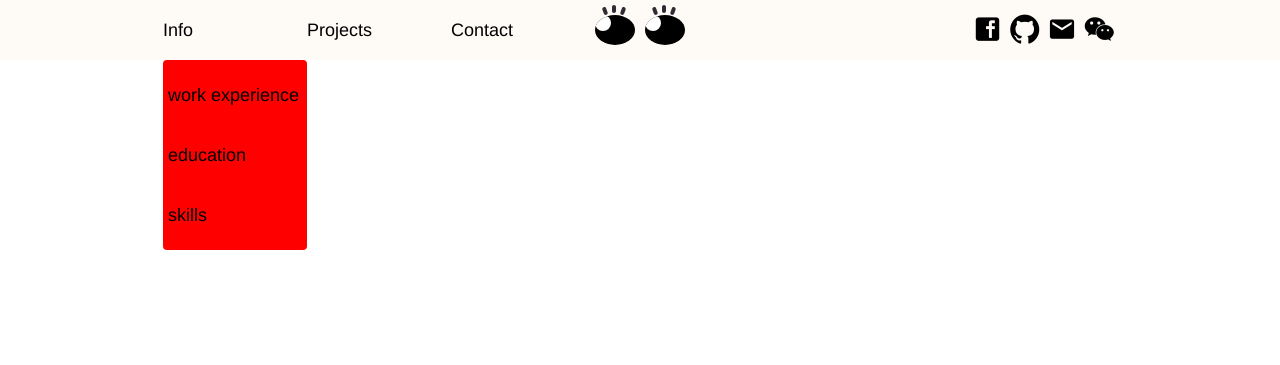
Repository: jinghuai8092/personal_website
Page: /
These files come from the project's save history. The page is drawn as it stood at one moment and after the next save; the edit follows.
The browser window is 1280 px wide. The pictures show the whole page.
The project was rebuilt for these pictures with package versions that can differ from the ones it lists, and the page was loaded fresh each time.

Above is the page before, as saved 2021-09-09 22:32:06.

### src/index.js
import React from 'react';
import ReactDOM from 'react-dom';
import App from './App';
import reportWebVitals from './reportWebVitals';
import './reset.css';
import './style.module.css';
import './status/iconFont/iconFont.module.css';

ReactDOM.render(
  <React.StrictMode>
    <App />
  </React.StrictMode>,
  document.getElementById('root')
);

// If you want to start measuring performance in your app, pass a function
// to log results (for example: reportWebVitals(console.log))
// or send to an analytics endpoint. Learn more: https://bit.ly/CRA-vitals
reportWebVitals();

### src/App.js
import Header from "./common/header";

function App() {
  return (
    <Header></Header>
  );
}

export default App;

### src/style.module.css
:global(.positionRelative){
    position: relative;
}

### src/status/iconFont/iconFont.module.css
@font-face {
    font-family: 'iconfont';
    src: url('./iconfont.woff2?t=1631239155577') format('woff2'),
         url('./iconfont.woff?t=1631239155577') format('woff'),
         url('./iconfont.ttf?t=1631239155577') format('truetype');
  }
  :global(.iconfont) {
    font-family: "iconfont" !important;
    font-size: 16px;
    font-style: normal;
    -webkit-font-smoothing: antialiased;
    -moz-osx-font-smoothing: grayscale;
  }

### src/common/header/index.js
import React, { PureComponent } from 'react';
import styles from './header.module.css'
import classNames from 'classnames';


class Header extends PureComponent {
    render() {
        return (
            <div className={styles.header}>
                <nav className={styles.nav}>
                    <ul className={styles.ul}>
                        <li className={styles.li}>Info
                            <div className={styles.infoMenu}>
                                <ul>
                                    <li>work experience</li>
                                    <li>education</li>
                                    <li>skills</li>
                                </ul>
                            </div>
                        </li>
                        <li className={styles.li}>Projects</li>
                        <li className={styles.li}>Contact</li>
                        <li className='positionRelative'>
                            <div className={classNames(styles.eyes, styles.eyesLeft)} >
                                <span className={styles.circle}></span>
                            </div>
                            <span className={classNames(styles.lash, styles.lashLeft)}></span>
                        </li>
                        <li className='positionRelative'>
                            <div className={classNames(styles.eyes, styles.eyesRight)} >
                                <span className={styles.circle}></span>
                            </div>
                            <span className={classNames(styles.lash, styles.lashRight)}></span>
                        </li>
                        <li className={styles.li}></li>
                        <li className={styles.li}></li>
                        <li className={styles.li}>
                            <span className={classNames('iconfont', styles.iconfont)}>&#xe68c; </span>
                            <span className={classNames('iconfont', styles.iconfont)}>&#xea0b; </span>
                            <span className={classNames('iconfont', styles.iconfont)}>&#xe634; </span>
                            <span className={classNames('iconfont', styles.iconfont)}>&#xe6ca; </span>
                        </li>

                    </ul>


                </nav >
            </div>
        )
    }
}

export default Header;

### src/common/header/header.module.css
.header{
    position: fixed;
    width: 100%;
    z-index:999;
    background-color: #fefaf6;
}
.nav{
    max-width: 1600px;
    width: 100%;
    margin:0 auto;
    position: relative;
    display: block;
}
.ul{
    margin: 0 auto;
    list-style-type: none;
    display: flex;
    padding: 0;
    max-width: 90%;
    box-sizing: border-box;
    align-items: center;
    justify-content: center;
    margin:0 auto;
    font-family: Biotif-Regular,Helvetica Neue,Helvetica,Arial,sans-serif;
    font-size: 18px;
}
.li{
    display: list-item;
    height: 60px;
    line-height: 60px;
    width: 12.5%;
}

.eyes{
    background: black;
    width: 40px;
    height: 30px;
    border-radius: 50%;
    overflow: hidden;
    position: relative;
}
.eyesLeft{
    margin-right: 5px;
}
.eyesRight{
    margin-left: 5px;

}
.circle{
    background-color: white;
    width: 16px;
    height: 16px;
    border-radius: 50%;
    position:relative;
    transform: rotate(0deg);
    display: flex;
    transform-origin: 25px 15px;
}
.lash{
    background-image: url(../../status/images/header/lash.svg);
    position:absolute;
    width: 24px;
    height: 10px;
    top: -10px;
    left:7px;
}
.lashRight{
    margin-left:5px;
}
.lashLeft{
    margin-right: 5px;
}
.iconfont{
    font-size: 29px!important;
    margin-right: 1px;
}
.infoMenu{
    pointer-events: none;
    opacity: 1;
    position: relative;
    z-index: 10000;
    background-color: red;
    border-radius: 4px;
}
.infoMenu > ul{
    padding: 5px;
}

Loaded but not shown: public/index.html (common file); src/reportWebVitals.js (common file); src/reset.css (common file)

After the next save:
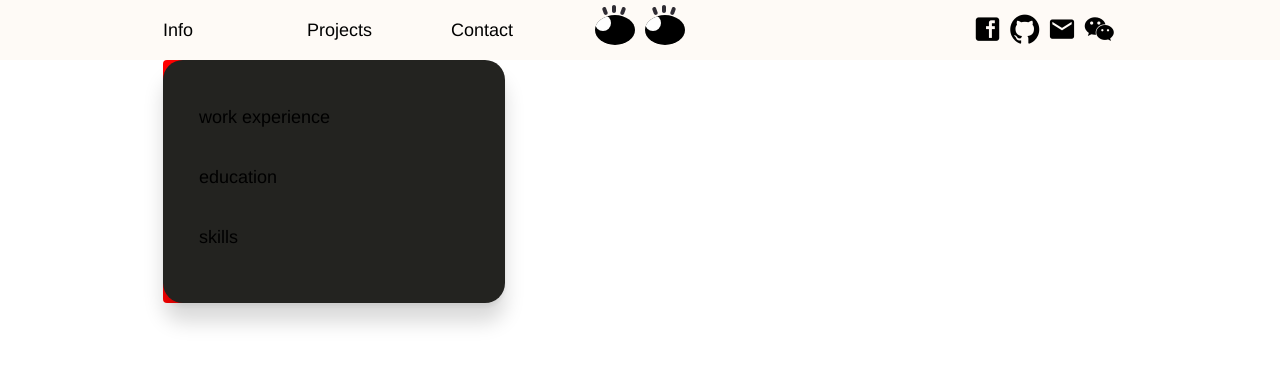
Saved 2 min 29 s later.
--- a/src/common/header/header.module.css
+++ b/src/common/header/header.module.css
@@ -83,5 +83,10 @@
     border-radius: 4px;
 }
 .infoMenu > ul{
-    padding: 5px;
-}
+    list-style-type: none;
+    margin: 0;
+    padding: 1.5em 2em 2em;
+    background: #232320;
+    box-shadow: 0 4px 4px rgb(0 0 0 / 6%), 0 19px 20px rgb(0 0 0 / 15%);
+    border-radius: 20px;
+    min-width: 15em;}
